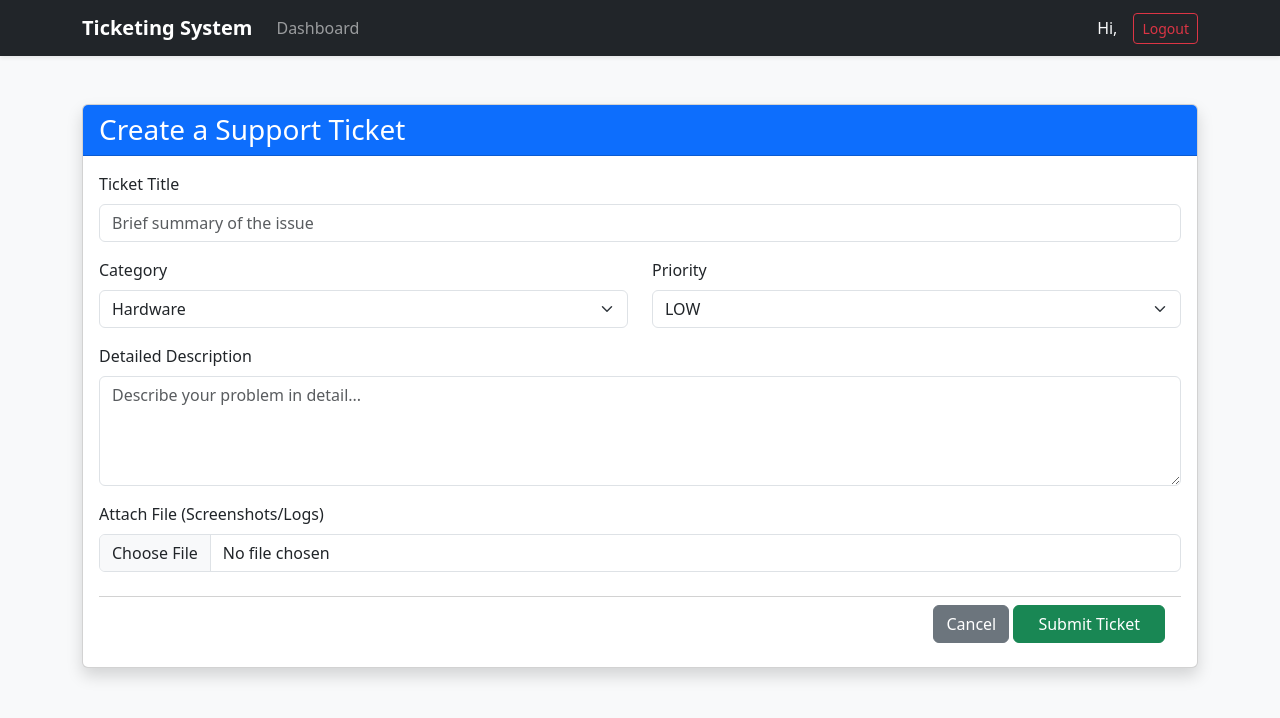
Repository: stevethetechguy/Ticketing-Gateway-System
Page: http://localhost/TicketGatewayUI/WEB-INF/views/raiseTicket.jsp
The author's editor kept a copy of each file at every save. The page is drawn from the files as they stood at one save, then again after the next save.
The browser window is 1280 px wide. The pictures show the whole page.
The page is served by Tomcat 9. Nobody is signed in. Other server files are loaded and not shown. The template is opened directly, without the code that normally fills it, so the values that code supplies are empty.

Above is the page before, as saved 2026-02-05 18:11:52.

### TicketGatewayUI/src/main/webapp/WEB-INF/views/raiseTicket.jsp
<%@ page language="java" contentType="text/html; charset=UTF-8" pageEncoding="UTF-8"%>
<%@ taglib prefix="c" uri="http://java.sun.com/jsp/jstl/core" %>

<!DOCTYPE html>
<html>
<head>
    <title>Raise New Ticket</title>
	<link href="https://cdn.jsdelivr.net/npm/bootstrap@5.3.0/dist/css/bootstrap.min.css" rel="stylesheet">
    <script src="https://code.jquery.com/jquery-3.6.0.min.js"></script>
</head>
<body class="bg-light">
<%@ include file="navbar.jsp" %>

<div class="container mt-5">
    <div class="card shadow">
        <div class="card-header bg-primary text-white">
            <h3 class="card-title mb-0">Create a Support Ticket</h3>
        </div>
        <div class="card-body">
            <form id="ticketForm" enctype="multipart/form-data">

                <div class="row">
                    <div class="col-md-12 mb-3">
                        <label class="form-label">Ticket Title</label>
                        <input type="text" name="title" id="title" class="form-control" placeholder="Brief summary of the issue" />
                    </div>

                    <div class="col-md-6 mb-3">
                        <label class="form-label">Category</label>
                        <select name="category" id="category" class="form-select">
                            <option value="Hardware">Hardware</option>
                            <option value="Software">Software</option>
                            <option value="Network">Network</option>
                            <option value="Access Request">Access Request</option>
                        </select>
                    </div>

                    <div class="col-md-6 mb-3">
                        <label class="form-label">Priority</label>
                        <select name="priority" id="priority" class="form-select">
                            <c:forEach items="${priorities}" var="p">
                                <option value="${p}">${p}</option>
                            </c:forEach>
                            <option value="LOW">LOW</option>
                            <option value="MEDIUM">MEDIUM</option>
                            <option value="HIGH">HIGH</option>
                        </select>
                    </div>

                    <div class="col-md-12 mb-3">
                        <label class="form-label">Detailed Description</label>
                        <textarea name="description" id="description" class="form-control" rows="4" placeholder="Describe your problem in detail..."></textarea>
                    </div>

                    <div class="col-md-12 mb-4">
                        <label class="form-label">Attach File (Screenshots/Logs)</label>
                        <input type="file" name="ticketFile" id="ticketFile" class="form-control" />
                    </div>
                </div>

                <div class="card-footer text-end bg-transparent">
                    <a href="${pageContext.request.contextPath}/dashboard" class="btn btn-secondary">Cancel</a>
                    <button type="button" id="btnSubmit" class="btn btn-success px-4">Submit Ticket</button>
                </div>
            </form>
        </div>
    </div>
</div>

<script>
    $(document).ready(function() {

        function submitTicket() {
			var formData = new FormData();

			    // 2. Append the fields (Match the @RequestParam names in your Controller)
			    formData.append("title", $("#title").val());
			    formData.append("description", $("#description").val());
			    formData.append("category", $("#category").val());
			    formData.append("priority", $("#priority").val());

			    // 3. Append the file (grabbing the first file from the input)
			    var fileInput = document.getElementById('ticketFile');
			    if (fileInput.files.length > 0) {
			        formData.append("ticketFile", fileInput.files[0]);
			    }

			    // 4. Perform the AJAX call
			    $.ajax({
			        url: "${pageContext.request.contextPath}/gateway/saveTicket",
			        type: "POST",
			        data: formData,
			        processData: false,  // Tell jQuery not to process the data
			        contentType: false,  // Tell jQuery not to set contentType (FormData does this)
			        success: function(response) {
			            alert("Success: " + response);
			            window.location.href = "${pageContext.request.contextPath}/dashboard";
			        },
			        error: function(xhr, status, error) {
			            alert("Error: " + xhr.responseText);
			            console.log(error);
			        }
			    });
        }

        $('#btnSubmit').on('click', function() {
            submitTicket();
        });
    });
</script>

</body>
</html>

### TicketGatewayUI/src/main/webapp/WEB-INF/views/navbar.jsp
<%@ taglib prefix="sec" uri="http://www.springframework.org/security/tags" %>

<nav class="navbar navbar-expand-lg navbar-dark bg-dark shadow-sm">
    <div class="container">
        <a class="navbar-brand fw-bold" href="${pageContext.request.contextPath}/dashboard">
            <i class="bi bi-ticket-perforated"></i> Ticketing System
        </a>

        <button class="navbar-toggler" type="button" data-bs-toggle="collapse" data-bs-target="#navbarNav"
                aria-controls="navbarNav" aria-expanded="false" aria-label="Toggle navigation">
            <span class="navbar-toggler-icon"></span>
        </button>

        <div class="collapse navbar-collapse" id="navbarNav">
            <ul class="navbar-nav me-auto">
                <li class="nav-item">
                    <a class="nav-link" href="${pageContext.request.contextPath}/dashboard">Dashboard</a>
                </li>

                <sec:authorize access="hasRole('USER')">
                    <li class="nav-item">
                        <a class="nav-link" href="${pageContext.request.contextPath}/raiseTicket">Raise Ticket</a>
                    </li>
                    <li class="nav-item">
                        <a class="nav-link" href="${pageContext.request.contextPath}/my-tickets">My Tickets</a>
                    </li>
                </sec:authorize>

                <sec:authorize access="hasRole('MANAGER')">
                    <li class="nav-item">
                        <a class="nav-link text-warning" href="${pageContext.request.contextPath}/approvals">Pending Approvals</a>
                    </li>
                </sec:authorize>

                <sec:authorize access="hasRole('ADMIN')">
                    <li class="nav-item">
                        <a class="nav-link" href="${pageContext.request.contextPath}/manage-users">Employees</a>
                    </li>
                    <li class="nav-item">
                        <a class="nav-link" href="${pageContext.request.contextPath}/reports">Reports</a>
                    </li>
                </sec:authorize>
            </ul>

            <div class="d-flex align-items-center">
                <span class="navbar-text me-3 text-light">
                    Hi, <strong><sec:authentication property="principal.username"/></strong>
                </span>
                <a href="${pageContext.request.contextPath}/logout" class="btn btn-outline-danger btn-sm">Logout</a>
            </div>
        </div>
    </div>
</nav>

After the next save:
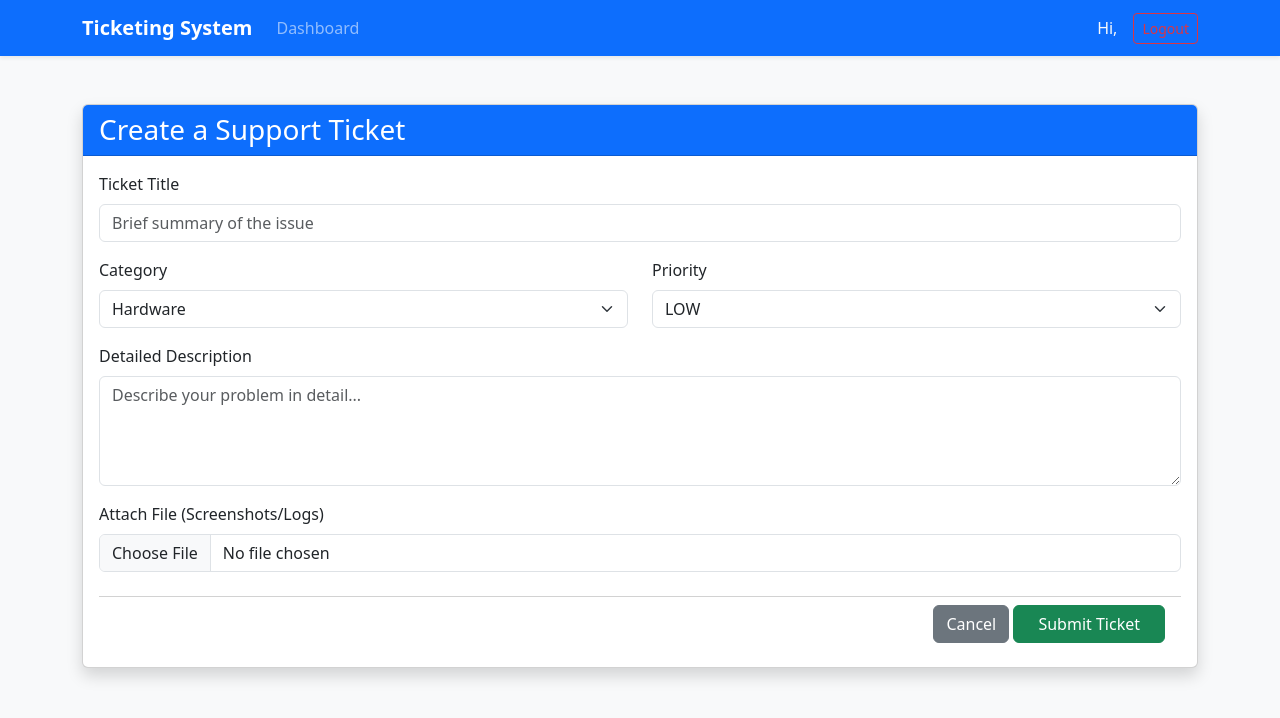
Saved 54 s later.
--- a/TicketGatewayUI/src/main/webapp/WEB-INF/views/navbar.jsp
+++ b/TicketGatewayUI/src/main/webapp/WEB-INF/views/navbar.jsp
@@ -1,6 +1,6 @@
 <%@ taglib prefix="sec" uri="http://www.springframework.org/security/tags" %>
 
-<nav class="navbar navbar-expand-lg navbar-dark bg-dark shadow-sm">
+<nav class="navbar navbar-expand-lg navbar-dark bg-primary shadow-sm">
     <div class="container">
         <a class="navbar-brand fw-bold" href="${pageContext.request.contextPath}/dashboard">
             <i class="bi bi-ticket-perforated"></i> Ticketing System
